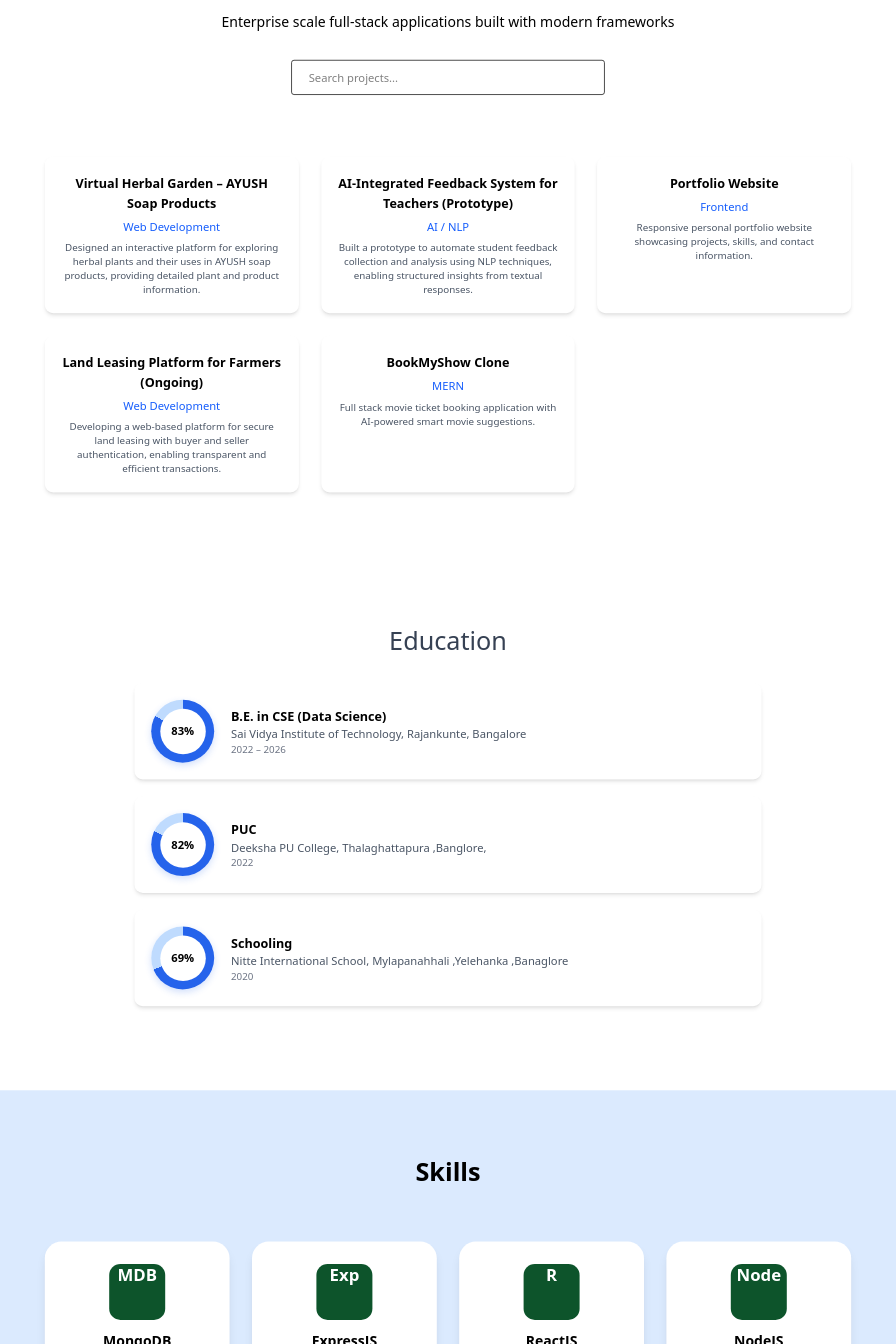
Repository: Rhaashee/myProfile
Page: index.html
The author's editor kept a copy of each file at every save. The page is drawn from the files as they stood at one save, then again after the next save.
The browser window is 1280 px wide. The pictures show the part of the page from y = 951 to 2871 px (the page is 3365 px tall before and 3717 px after), at 70% of full size.

Above is the page before, as saved 2026-04-29 16:49:48.
Console error: SyntaxError: Identifier 'projectsData' has already been declared

### index.html
<!-- MERN_Stu_FebMay26Mys\W4\D5\portfolio-project\index.html -->
<!DOCTYPE html>
<html lang="en">

<head>
    <meta charset="UTF-8">
    <meta name="viewport" content="width=device-width, initial-scale=1.0">

    <title>Week 3 & 4 Portfolio Project</title>

    <script src="https://cdn.jsdelivr.net/npm/@tailwindcss/browser@4"></script>

    <link rel="stylesheet" href="css/custom.css">

</head>

<body>
    <!-- HERO SECTION -->

    <section
        class="min-h-screen flex flex-col lg:flex-row lg:items-center lg:justify-between px-8 lg:px-16 py-20 gap-12 lg:gap-20">

        <div class="order-2 lg:order-1 flex-1 lg:max-w-lg text-center lg:text-left">

            <h1 class="text-5xl mb-6 font-bold" style="font-family: 'Poppins', sans-serif;">Rhaashee L</h1>

            <p class="text-xl lg:text-2xl text-slate-600 font-bold mb-10 max-w-md mx-auto lg:mx-0">
                Full-Stack developer | MERN enthusiast | Competitive Programmer
            </p>

            <div
                class="flex flex-col sm:flex-row gap-4 justify-center lg:justify-start items-center lg:items-start mb-8">

                <a href="#projects" class="bg-red-400 hover:bg-green-500 px-10 py-4 rounded shadow-xl">
                    View Projects
                </a>

                <a href="#resume" class="bg-blue-400 hover:bg-green-500 px-10 py-4 rounded shadow-xl">
                    Download Resume
                </a>

            </div>

            <div class="flex flex-wrap gap-6 justify-center lg:justify-start text-sm font-bold">

                <span>100+ Github commits</span>
                <span>50 LeetCode Questions Solved</span>
                <span>1 live projects completed</span>

            </div>

        </div>

        <div class="order-1 lg:order-2 w-full lg:w-96 max-w-sm mx-auto lg:mx-0">

            <img src="assets/images/img.jpg" alt="My photo"
                class="aspect-square w-full rounded shadow-lg mx-auto lg:mx-0 hover:ring-blue-500 transition-all duration-300 hover:scale-[1.02]"
                loading="lazy">

        </div>

    </section>

    <!-- NAVBAR -->

    <nav class="sticky top-0 z-50 bg-white/95 backdrop-blur-md border-b shadow-lg">

        <div class="max-w-7xl mx-auto px-6 py-4 flex items-center justify-between">

            <a href="#"
                class="text-2xl font-bold bg-clip-text bg-gradient-to-r from-red-400 to-slate-700 text-transparent">
                RL
            </a>

            <ul class="hidden md:flex items-center gap-10">

                <li><a href="#projects" class="text-lg font-bold hover:text-blue-600">Projects</a></li>

                <li><a href="#education" class="text-lg font-bold hover:text-blue-600">Education</a></li>

                <li><a href="#skills" class="text-lg font-bold hover:text-blue-600">Skills</a></li>

            </ul>
            <button id="theme-toggle" class="bg-blue-200 px-4 py-2 rounded font-bold">Theme</button>
            <a href="#contact" class="bg-red-400 hover:bg-green-500 rounded transition-all duration-300 px-8 py-3">
                Let's talk
            </a>

        </div>

    </nav>

    <!-- PROJECTS -->

    <section id="projects" class="py-24 px-8 lg:px-16">

        <div class="max-w-7xl mx-auto">

            <div class="text-center mb-10">

                <h2 class="text-4xl lg:text-5xl mb-6">My Projects</h2>

                <p class="text-xl max-w-2xl mx-auto">
                    Enterprise scale full-stack applications built with modern frameworks
                </p>

            </div>

            <!-- Project Search (Feature will attach here) -->

            <div class="mb-10 text-center">

                <input id="project-search" type="text" placeholder="Search projects..."
                    class="border rounded px-6 py-3 w-full max-w-md">

            </div>

            <!-- Project Filter Bar -->

            <div id="project-filters" class="flex flex-wrap justify-center gap-4 mb-12"></div>

            <div id="projects-container" class="grid grid-cols-1 md:grid-cols-2 lg:grid-cols-3 gap-8">
            </div>

            <!-- Dynamic container for projects -->

            <div id="projects-container" class="grid grid-cols-1 md:grid-cols-2 lg:grid-cols-3 gap-8">
            </div>

        </div>

    </section>

    <!--Education and experience-->
    <section id="experience" class="py-24 px-8 lg:px-16">

        <div class="max-w-4xl mx-auto">

            <h2 class="text-4xl text-gray-700 text-center mb-10">
                Education
            </h2>

            <!-- Dynamic Education -->
            <div id="education-container"></div>

        </div>

    </section>

    </section>

    <!-- SKILLS -->

    <section id="skills" class="py-24 px-8 lg:px-16 bg-blue-100">

        <div class="max-w-7xl mx-auto">

            <h2 class="text-4xl text-center font-bold mb-20">
                Skills
            </h2>

            <!-- Dynamic Skills Container -->

            <div id="skills-container" class="grid grid-cols-1 md:grid-cols-2 lg:grid-cols-4 gap-8">
            </div>

        </div>

    </section>

    <!-- CONTACT MODAL -->

    <button id="modal-trigger"
        class="fixed bottom-8 right-8 w-16 h-16 bg-blue-900 text-white rounded-full shadow-2xl flex items-center justify-center text-2xl font-bold">
        ☏
    </button>

    <div id="contact-modal" class="fixed inset-0 z-50 hidden bg-black/50 backdrop-blur-md">

        <div class="flex items-center justify-center min-h-screen p-4">

            <div id="modal-content"
                class="bg-white w-full max-w-md rounded-2xl shadow-2xl scale-95 opacity-0 transition-all duration-300">

                <div class="sticky top-0 border-b p-8 pt-12 bg-white">

                    <h3 class="text-2xl font-bold">Contact Me</h3>

                    <button id="modal-close" class="absolute top-6 right-6 text-2xl font-bold">
                        ×
                    </button>

                </div>

                <form id="contact-form" class="p-8 space-y-4">

                    <input id="contact-name" type="text" placeholder="Your name"
                        class="w-full border rounded px-4 py-3">

                    <input id="contact-email" type="email" placeholder="email@website.com"
                        class="w-full border rounded px-4 py-3">

                    <p id="form-message" class="text-sm text-red-500"></p>

                    <div class="flex flex-col sm:flex-row gap-4 pt-4">

                        <button type="button" id="form-cancel" class="flex-1 font-bold py-4 px-6">
                            Cancel
                        </button>

                        <button type="submit" class="flex-1 font-bold py-4 px-6">
                            Submit
                        </button>

                    </div>

                </form>

            </div>

        </div>

    </div>

    <!-- SWIPE TO HOME BUTTON -->

    <button id="home-swiper"
        class="fixed bottom-8 left-8 bg-pink-200 text-white px-5 py-3 rounded-full shadow-xl hover:bg-blue-600 transition">
        Back to Home
    </button>
    <!-- MAIN JS ENTRY-->

    <script src="js/data/projects.js"></script>
    <script src="js/data/skills.js"></script>
    <script src="js/features/skills-render.js"></script>
    <script src="js/features/modal.js"></script>
    <script src="js/features/contact-validation.js"></script>
    <script src="js/features/theme-toggle.js"></script>
    <script src="js/data/projects.js"></script>
    <script src="js/features/project-filter.js"></script>
    <script src="js/features/project-search.js"></script>
    <script src="js/main.js"></script>
    <script src="js/features/BackToTop.js"></script>
    <script src="js/data/education.js"></script>
    <script src="js/features/education-render.js"></script>



</body>

</html>

### css/custom.css
.dark-mode{
    background-color: black;
    color: white;
}
.dark-mode nav{
    background-color: rgb(178, 173, 173);
    color: white;
}
.dark-mode section{
    background-color: rgb(0, 0, 0);
    color: white;
}
.dark-mode .bg-blue-100{
    background-color: rgb(235, 236, 240);
    color: rgb(153, 145, 145);
}
.dark-mode .bg-white{
    background-color: rgb(0, 0, 0);
}
.dark-mode .text-gray-700{
    color: white;
}
.line-clamp-2 {
  display: -webkit-box;
  -webkit-line-clamp: 2;
  -webkit-box-orient: vertical;
  overflow: hidden;
}
.progress-circle {
  width: 90px;
  height: 90px;
  border-radius: 50%;
  display: flex;
  align-items: center;
  justify-content: center;
  box-shadow: 0 4px 10px rgba(37, 99, 235, 0.2);
}

.inner-circle {
  width: 65px;
  height: 65px;
  background: white;
  border-radius: 50%;
  display: flex;
  align-items: center;
  justify-content: center;
  font-weight: bold;
}

.dark .inner-circle {
  background: #eff6ff;
}

### js/data/projects.js
const projectsData = [
  {
    id: 1,
    name: "Virtual Herbal Garden – AYUSH Soap Products",
    category: "Web Development",
    description:
      "Designed an interactive platform for exploring herbal plants and their uses in AYUSH soap products, providing detailed plant and product information.",
    technologies: ["Python", "HTML", "CSS"],
    status: "Completed",
    liveDemo: "#",
    github: "#"
  },
  {
    id: 2,
    name: "AI-Integrated Feedback System for Teachers (Prototype)",
    category: "AI / NLP",
    description:
      "Built a prototype to automate student feedback collection and analysis using NLP techniques, enabling structured insights from textual responses.",
    technologies: ["Python", "Flask", "NLP"],
    status: "Prototype",
    liveDemo: "#",
    github: "#"
  },
  {
    id: 3,
    name: "Portfolio Website",
    category: "Frontend",
    description:
      "Responsive personal portfolio website showcasing projects, skills, and contact information.",
    technologies: ["HTML", "Tailwind CSS", "JavaScript"],
    status: "Live",
    liveDemo: "#",
    github: "#"
  },{

    id: 5,
    name: "Land Leasing Platform for Farmers (Ongoing)",
    category: "Web Development",
    description:
      "Developing a web-based platform for secure land leasing with buyer and seller authentication, enabling transparent and efficient transactions.",
    technologies: ["HTML", "CSS", "JavaScript", "MySQL"],
    status: "Completed",
    liveDemo: "#",
    github: "#"
  },
  {
    id: 6,
    name: "BookMyShow Clone",
    category: "MERN",
    description:
      "Full stack movie ticket booking application with AI-powered smart movie suggestions.",
    technologies: ["ReactJS", "ExpressJS", "MongoDB", "NodeJS"],
    status: "Ongoing",
    liveDemo: "#",
    github: "#"
  }

];

### js/data/skills.js

const skillsData = [
  {
    id: 1,
    name: "MongoDB",
    shortLabel: "MDB",
    description: "NoSQL database for handling unstructured data and scalable applications."
  },
  {
    id: 2,
    name: "ExpressJS",
    shortLabel: "Exp",
    description: "Backend framework for building REST APIs and server-side applications."
  },
  {
    id: 3,
    name: "ReactJS",
    shortLabel: "R",
    description: "Component-based UI development with hooks and state management."
  },
  {
    id: 4,
    name: "NodeJS",
    shortLabel: "Node",
    description: "JavaScript runtime for building scalable backend services."
  },
  {
    id: 5,
    name: "Power BI",
    shortLabel: "BI",
    description: "Interactive dashboards and data visualization for business insights."
  },
  {
    id: 6,
    name: "Tableau",
    shortLabel: "Tb",
    description: "Data visualization and storytelling through charts and dashboards."
  },

];

### js/features/skills-render.js
function renderSkills(){
    const skillsContainer = document.getElementById("skills-container");

    if(!skillsContainer){
        console.log("Skills Contianer not found");
        return;
    }
    skillsContainer.innerHTML = "";
    skillsData.forEach(function(skill){
        // to create outer card
        const card = document.createElement("div");
        card.className = "p-8 text-center bg-white rounded-3xl shadow-lg";

        // create icon
        const iconBox = document.createElement("div");
        iconBox.className = "w-20 h-20 mx-auto mb-4 bg-green-900 rounded-2xl flex item-center justify-center";

        // create icon
        const iconText = document.createElement("span");
        iconText.className = "text-2xl text-white font-bold"
        iconText.textContent = skill.shortLabel;

        // Put iconText inside iconBox
        iconBox.appendChild(iconText);

        // create a skill name
        const skillsName = document.createElement("h3");
        skillsName.className = "text-xl font-bold mb-2";
        skillsName.textContent = skill.name;

        // create skill description
        const skillDescription = document.createElement("p");
        skillDescription.className = "text-sm";
        skillDescription.textContent = skill.description;

        // append all child elements to card
        card.appendChild(iconBox);
        card.appendChild(skillsName);
        card.appendChild(skillDescription);

        // append card to skills container
        skillsContainer.appendChild(card);
    });
    console.log("Skills rendered successfully");
}

### js/features/modal.js
function initModal(){
    const modal = document.getElementById("contact-modal");
    const modalContent = document.getElementById("modal-content");
    const modalTrigger = document.getElementById("modal-trigger");
    const modalClose = document.getElementById("modal-close");
    const formCancel = document.getElementById("form-cancel");

    if(!modal || !modalContent || !modalTrigger || !modalClose || !formCancel){
        console.log("Modal element not found");
        return;
    }
    function openModal(){
        modal.classList.remove("hidden");

        setTimeout(function(){
            modalContent.classList.remove("scale-95","opacity-0");
        },10);
    }
    function closeModal(){
        modalContent.classList.add("scale-95","opacity-0");
        setTimeout(function(){
            modal.classList.add("hidden");
        },200);
    }
    modalTrigger.addEventListener("click",openModal);
    modalClose.addEventListener("click",closeModal);
    formCancel.addEventListener("click",closeModal);

    //close when clicking on backdrop
    modal.addEventListener("click",function(event){
        if(event.target === modal){
            closeModal();
        }
    });
    console.log("Modal opened successfully");
}

### js/features/theme-toggle.js
function initThemeToggle(){
    const toggleBtn = document.getElementById("theme-toggle");
    const body = document.body;

    const savedTheme = localStorage.getItem("portfolio-theme");

    if(savedTheme === "dark"){
        body.classList.add("dark-mode");
    }
    toggleBtn.addEventListener("click",function(){
        body.classList.toggle("dark-mode");
        if(body.classList.contains("dark-mode")){
            localStorage.setItem("portfolio-theme","dark");
            console.log("Dark mode enanbled");
        }else{
            localStorage.setItem("portfolio-theme","light");
            console.log("Light mode enanbled");
        }
    });
}

### js/features/project-filter.js
function renderProjects(projects) {
    const container = document.getElementById("projects-container");
    container.innerHTML = "";

    projects.forEach((project) => {

        const card = document.createElement("div");
        card.className =
            "bg-white dark:bg-blue-50 p-6 rounded-xl shadow-md text-center";

        const title = document.createElement("h2");
        title.className = "text-lg font-bold mb-2";
        title.textContent = project.name;

        const category = document.createElement("p");
        category.className = "text-blue-600 mb-2";
        category.textContent = project.category;

        const desc = document.createElement("p");
        desc.className = "text-gray-600 text-sm";
        desc.textContent = project.description;

        card.append(title, category, desc);
        container.appendChild(card);
    });
}

### js/features/project-search.js
document.addEventListener("DOMContentLoaded", () => {

    const dropdown = document.getElementById("project-filter-dropdown");
    const container = document.getElementById("projects-container");

    // Initially hide projects
    container.innerHTML = "";

    dropdown.addEventListener("change", () => {

        const selected = dropdown.value;

        // if nothing selected → hide again
        if (!selected) {
            container.innerHTML = "";
            return;
        }

        // filter projects
        const filtered = projectsData.filter(
            (p) => p.category === selected
        );

        renderProjects(filtered);
    });

});

### js/main.js
document.addEventListener("DOMContentLoaded", function () {
    // Render Skills
    renderSkills();
    initModal();
    initContactValidation();
    initThemeToggle();
})
document.addEventListener("DOMContentLoaded", () => {
    renderEducation();
});
document.addEventListener("DOMContentLoaded", () => {
    renderProjects(projectsData);
});

### js/features/BackToTop.js
const swiperButton = document.getElementById("home-swiper");

// safety check (important)
if (swiperButton) {

    // hide initially
    swiperButton.style.display = "none";

    // scroll to top
    swiperButton.addEventListener("click", function () {
        window.scrollTo({
            top: 0,
            behavior: "smooth"
        });
    });

    // show on scroll
    window.addEventListener("scroll", function () {
        if (window.scrollY > 300) {
            swiperButton.style.display = "block";
        } else {
            swiperButton.style.display = "none";
        }
    });

}

### js/data/education.js
const educationData = [
    {
        id: 1,
        title: "B.E. in CSE (Data Science)",
        institution: "Sai Vidya Institute of Technology, Rajankunte, Bangalore",
        percentage: 83,
        duration: "2022 – 2026"
    },
    {
        id: 2,
        title: "PUC",
        institution: "Deeksha PU College, Thalaghattapura ,Banglore,",
        percentage: 82,
        duration: "2022"
    },
    {
        id: 3,
        title: "Schooling",
        institution: "Nitte International School, Mylapanahhali ,Yelehanka ,Banaglore",
        percentage: 69,
        duration: "2020"
    }
];

### js/features/education-render.js
function renderEducation() {
    const container = document.getElementById("education-container");

    if (!container) return;

    container.innerHTML = "";

    educationData.forEach((edu) => {

        // CARD
        const card = document.createElement("div");
        card.className =
            "flex items-center gap-6 bg-white dark:bg-blue-50 p-6 mb-6 rounded-xl shadow-md hover:shadow-lg transition";

        //  DONUT CIRCLE
        const circle = document.createElement("div");
        circle.className = "progress-circle";

        const value = edu.percentage;

        // BLUE DONUT
        circle.style.background =
            `conic-gradient(#2563eb ${value}%, #bfdbfe ${value}%)`;

        const inner = document.createElement("div");
        inner.className = "inner-circle";
        inner.textContent = value + "%";

        circle.appendChild(inner);

        // TEXT displaying name of school and college
        const textBox = document.createElement("div");

        const title = document.createElement("h3");
        title.className = "text-lg font-bold";
        title.textContent = edu.title;

        const inst = document.createElement("p");
        inst.className = "text-gray-600";
        inst.textContent = edu.institution;

        const duration = document.createElement("p");
        duration.className = "text-sm text-gray-500";
        duration.textContent = edu.duration;

        textBox.append(title, inst, duration);

        // FINAL
        card.append(circle, textBox);
        container.appendChild(card);
    });
}

Loaded but not shown: js/features/contact-validation.js (62 lines, source omitted)

After the next save:
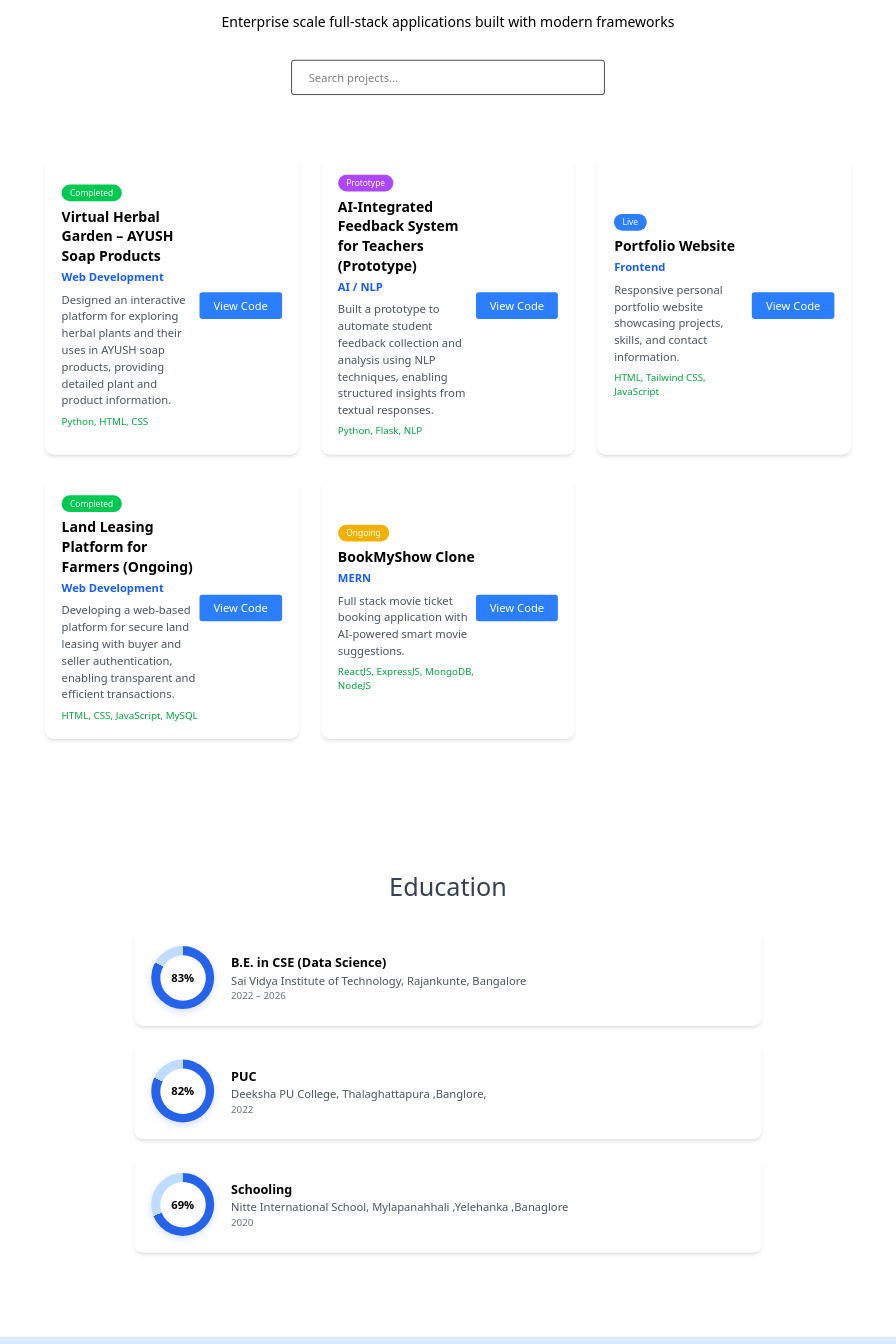
Saved 81 s later.
--- a/js/features/project-filter.js
+++ b/js/features/project-filter.js
@@ -1,26 +1,71 @@
 function renderProjects(projects) {
-    const container = document.getElementById("projects-container");
-    container.innerHTML = "";
+  const container = document.getElementById("projects-container");
 
-    projects.forEach((project) => {
+  if (!container) return;
 
-        const card = document.createElement("div");
-        card.className =
-            "bg-white dark:bg-blue-50 p-6 rounded-xl shadow-md text-center";
+  container.innerHTML = "";
 
-        const title = document.createElement("h2");
-        title.className = "text-lg font-bold mb-2";
-        title.textContent = project.name;
+  projects.forEach((project) => {
 
-        const category = document.createElement("p");
-        category.className = "text-blue-600 mb-2";
-        category.textContent = project.category;
+    // MAIN CARD
+    const card = document.createElement("div");
+    card.className =
+      "flex flex-col md:flex-row justify-between items-start md:items-center bg-white dark:bg-blue-50 p-6 rounded-xl shadow-md hover:shadow-lg transition";
 
-        const desc = document.createElement("p");
-        desc.className = "text-gray-600 text-sm";
-        desc.textContent = project.description;
+    // LEFT SECTION
+    const left = document.createElement("div");
+    left.className = "flex-1";
 
-        card.append(title, category, desc);
-        container.appendChild(card);
-    });
+    // STATUS BADGE
+    const status = document.createElement("span");
+    status.className =
+      "inline-block text-xs px-3 py-1 rounded-full mb-2";
+
+    if (project.status === "Completed") status.classList.add("bg-green-500", "text-white");
+    else if (project.status === "Ongoing") status.classList.add("bg-yellow-500", "text-white");
+    else if (project.status === "Prototype") status.classList.add("bg-purple-500", "text-white");
+    else status.classList.add("bg-blue-500", "text-white");
+
+    status.textContent = project.status;
+
+    // TITLE
+    const title = document.createElement("h2");
+    title.className = "text-xl font-bold mb-1";
+    title.textContent = project.name;
+
+    // CATEGORY
+    const category = document.createElement("p");
+    category.className = "text-blue-600 font-semibold mb-2";
+    category.textContent = project.category;
+
+    // DESCRIPTION
+    const desc = document.createElement("p");
+    desc.className = "text-gray-600 mb-2";
+    desc.textContent = project.description;
+
+    // TECH
+    const tech = document.createElement("p");
+    tech.className = "text-green-600 text-sm";
+    tech.textContent = project.technologies.join(", ");
+
+    left.append(status, title, category, desc, tech);
+
+    // RIGHT SECTION
+    const right = document.createElement("div");
+    right.className = "mt-4 md:mt-0";
+
+    const githubBtn = document.createElement("a");
+    githubBtn.href = project.github || "#";
+    githubBtn.target = "_blank";
+    githubBtn.textContent = "View Code";
+
+    githubBtn.className =
+      "bg-blue-500 text-white px-5 py-2 rounded hover:bg-blue-600 transition";
+
+    right.appendChild(githubBtn);
+
+    // FINAL
+    card.append(left, right);
+    container.appendChild(card);
+  });
 }
